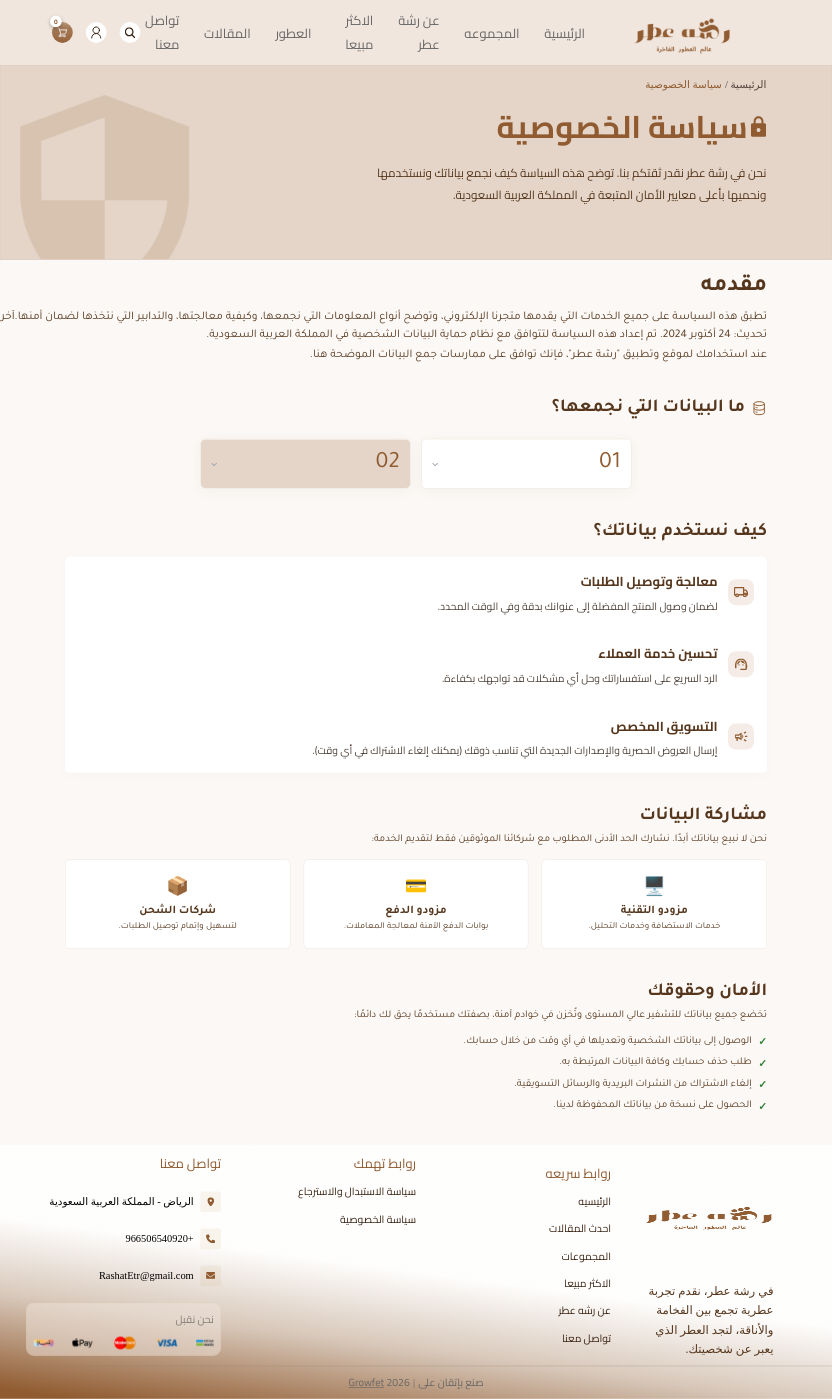
Repository: mahmoudesh74/rashet-3tr
Page: /PrivacyPolicyPage
An editor plug-in stored every save of this project. The page is shown before and after the next save, followed by the edit.
The browser window is 1280 px wide. The pictures show the whole page, at 65% of full size.
Some web fonts or font styles are not loaded; a fallback is used. The project was rebuilt for these pictures with package versions that can differ from the ones it lists, and the page was loaded fresh each time. Also part of the build but not shown: vite.config.js, src/App.css, src/components/HeaderSection/Header.css, src/components/HeaderSection/Header.jsx, src/components/GroupSection/GroupSection.css, src/components/GroupSection/GroupSection.jsx, src/components/AboutSection/AboutSection.css, src/components/AboutSection/AboutSection.jsx and 17 more. Imported but missing from the stored project, and not drawn on this page: src/assets/vedio.mp4.

Above is the page before, as saved 2026-09-23 13:45:54.

After the next save:
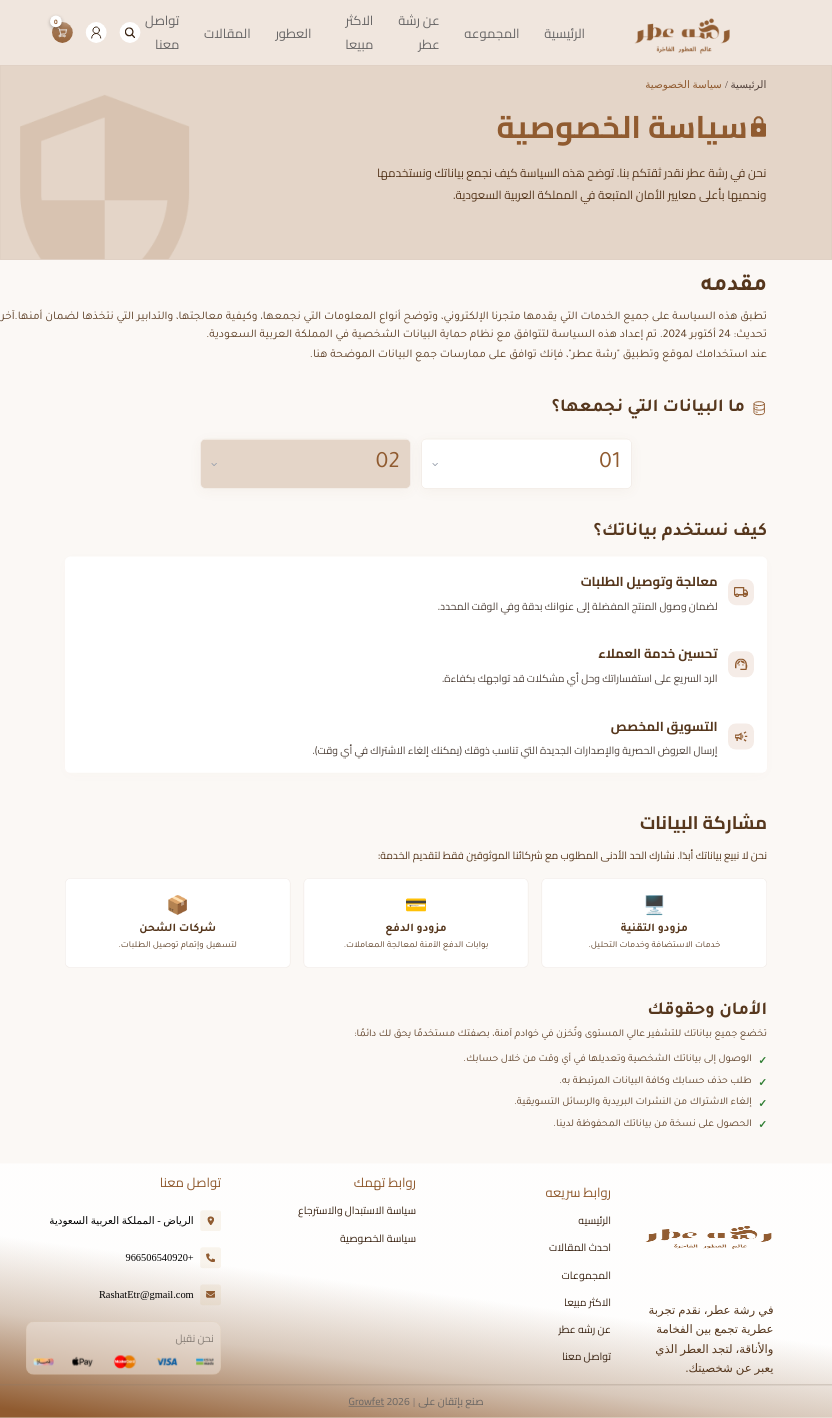
Saved 77 s later.
--- a/src/pages/PrivacyPolicy/privacyPolicy.css
+++ b/src/pages/PrivacyPolicy/privacyPolicy.css
@@ -217,14 +217,14 @@ color: #56371D;
   padding-top: 50px;
 }
 .sharingSection h2 {
-  font-family: "Tajawal";
+  font-family: "Cairo";
   font-weight: 700;
   font-size: 28px;
   color: #56371D;
   padding-bottom: 10px;
 }
 .sharingDesc {
-  font-family: "Tajawal";
+  font-family: "Cairo";
   font-weight: 400;
   font-size: 16px;
   color: #56371D;
